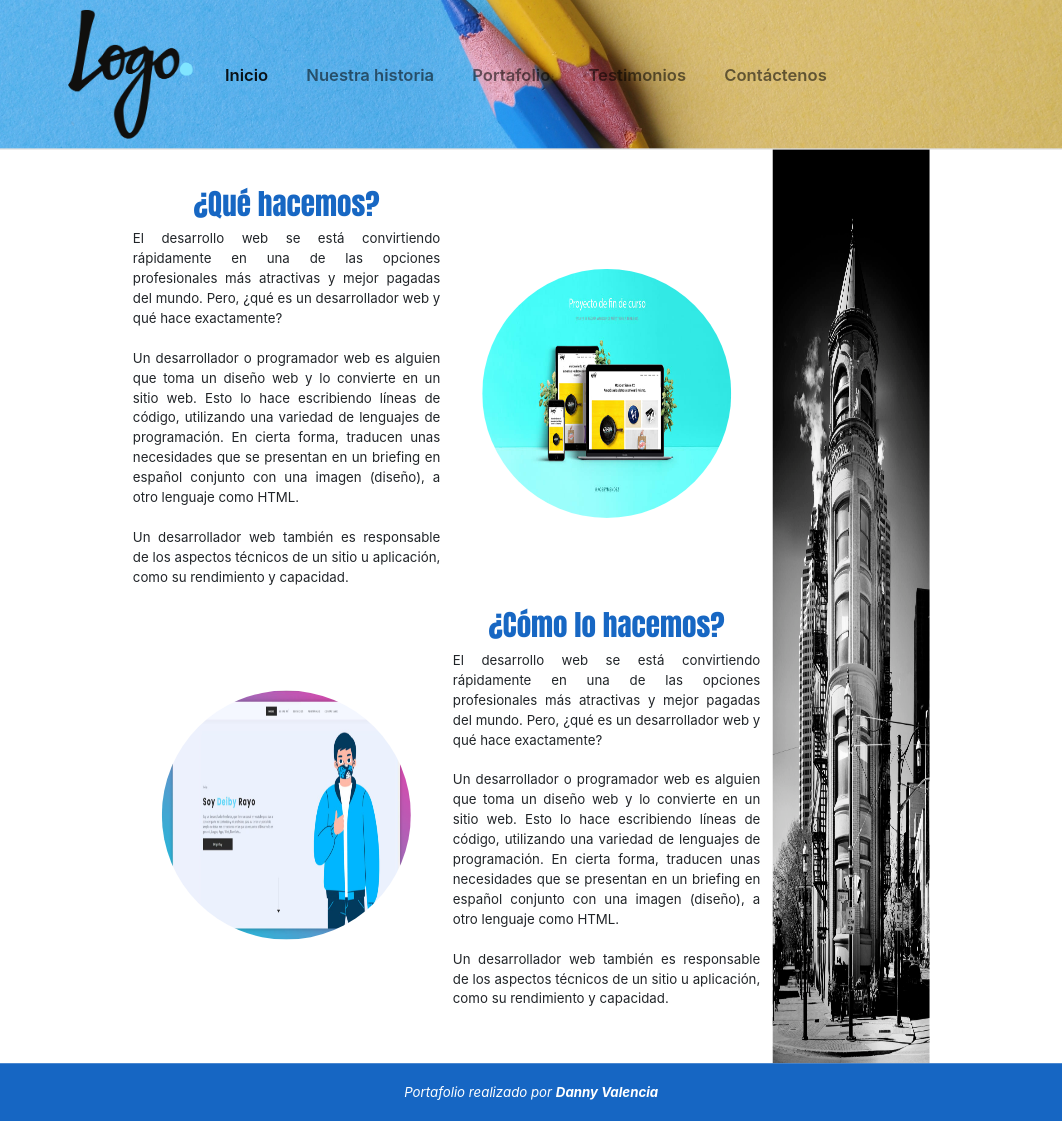
Repository: Dannyval1/Html-portafolio
Page: index.html
An editor plug-in stored every save of this project. The page is shown before and after the next save, followed by the edit.
The browser window is 1280 px wide. The pictures show the whole page, at 83% of full size.

Above is the page before, as saved 2022-02-13 18:42:32.

After the next save:
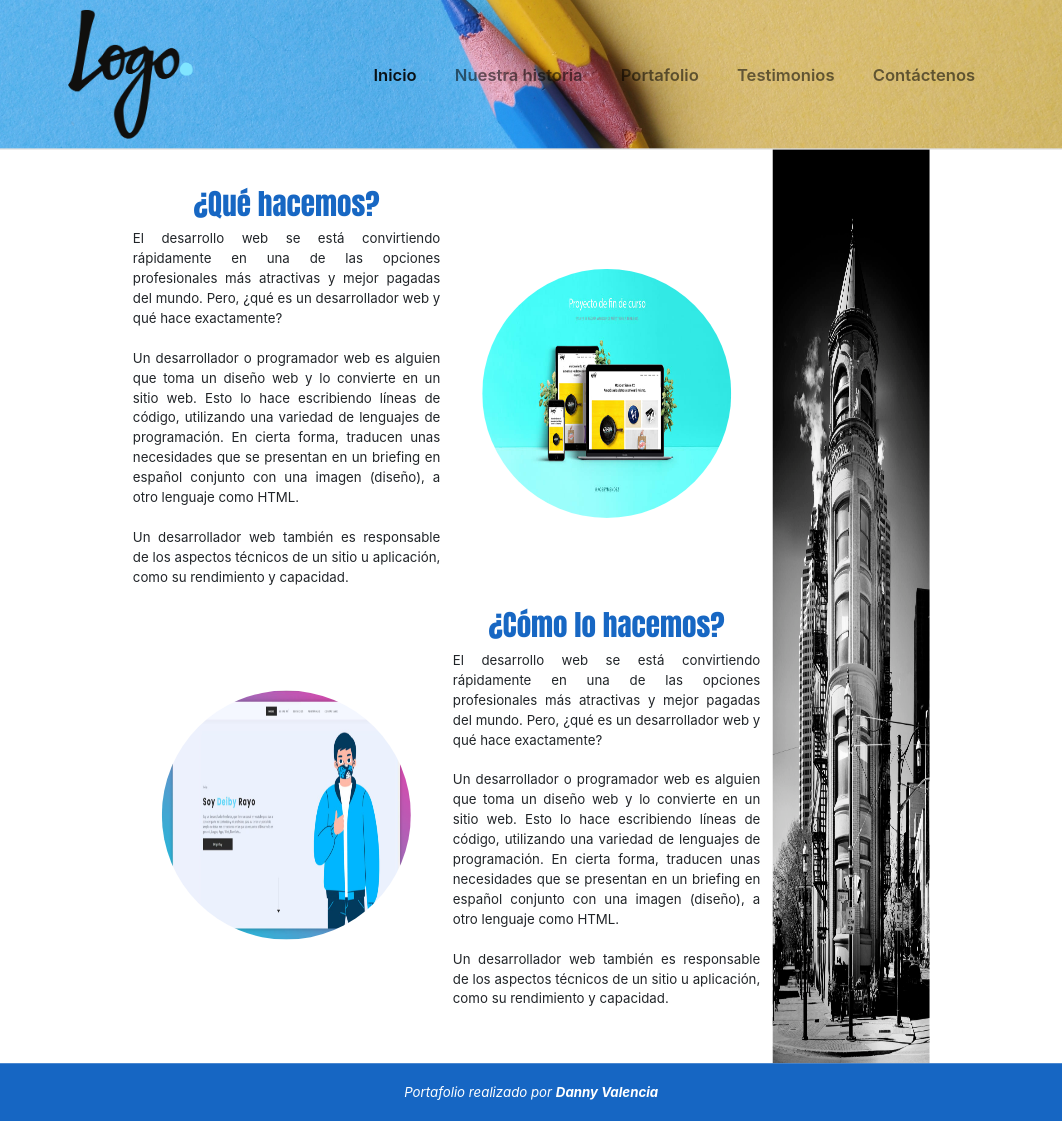
Saved 47 s later.
--- a/index.html
+++ b/index.html
@@ -32,8 +32,8 @@
         <button class="navbar-toggler" type="button" data-bs-toggle="collapse" data-bs-target="#navbarSupportedContent" aria-controls="navbarSupportedContent" aria-expanded="false" aria-label="Toggle navigation">
           <span class="navbar-toggler-icon"></span>
         </button>
-        <div class="collapse navbar-collapse" id="navbarSupportedContent">
-          <ul class="navbar-nav mb-2 mb-lg-0 d-flex justify-content-end main-menu">
+        <div class="collapse navbar-collapse justify-content-end " id="navbarSupportedContent">
+          <ul class="navbar-nav mb-2 mb-lg-0 d-flex main-menu">
             <li class="nav-item">
               <a class="nav-link active" aria-current="page" href="index.html">Inicio</a>
             </li>
